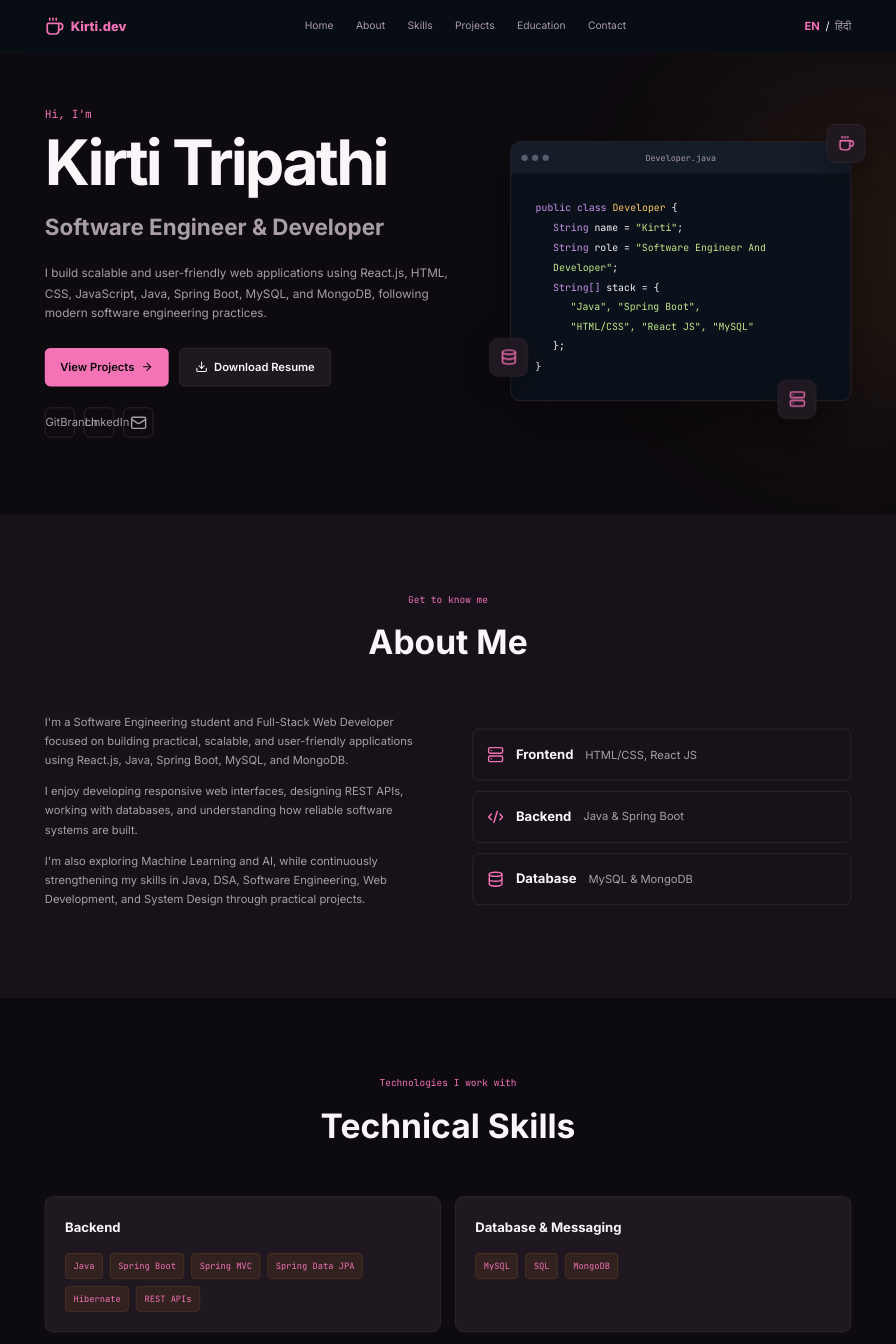
Repository: Rashi-Kirti06/En-Hi-Portfolio
Page: /
An editor plug-in stored every save of this project. The page is shown before and after a run of saves, followed by the edit.
The browser window is 1280 px wide. The pictures show the part of the page from y = 0 to 1920 px (the page is 4993 px tall), at 70% of full size.
The project was rebuilt for these pictures with package versions that can differ from the ones it lists, and the page was loaded fresh each time. Also part of the build but not shown: vite.config.js.

Above is the page before, as saved 2026-09-06 16:48:45.

After the next 2 saves:
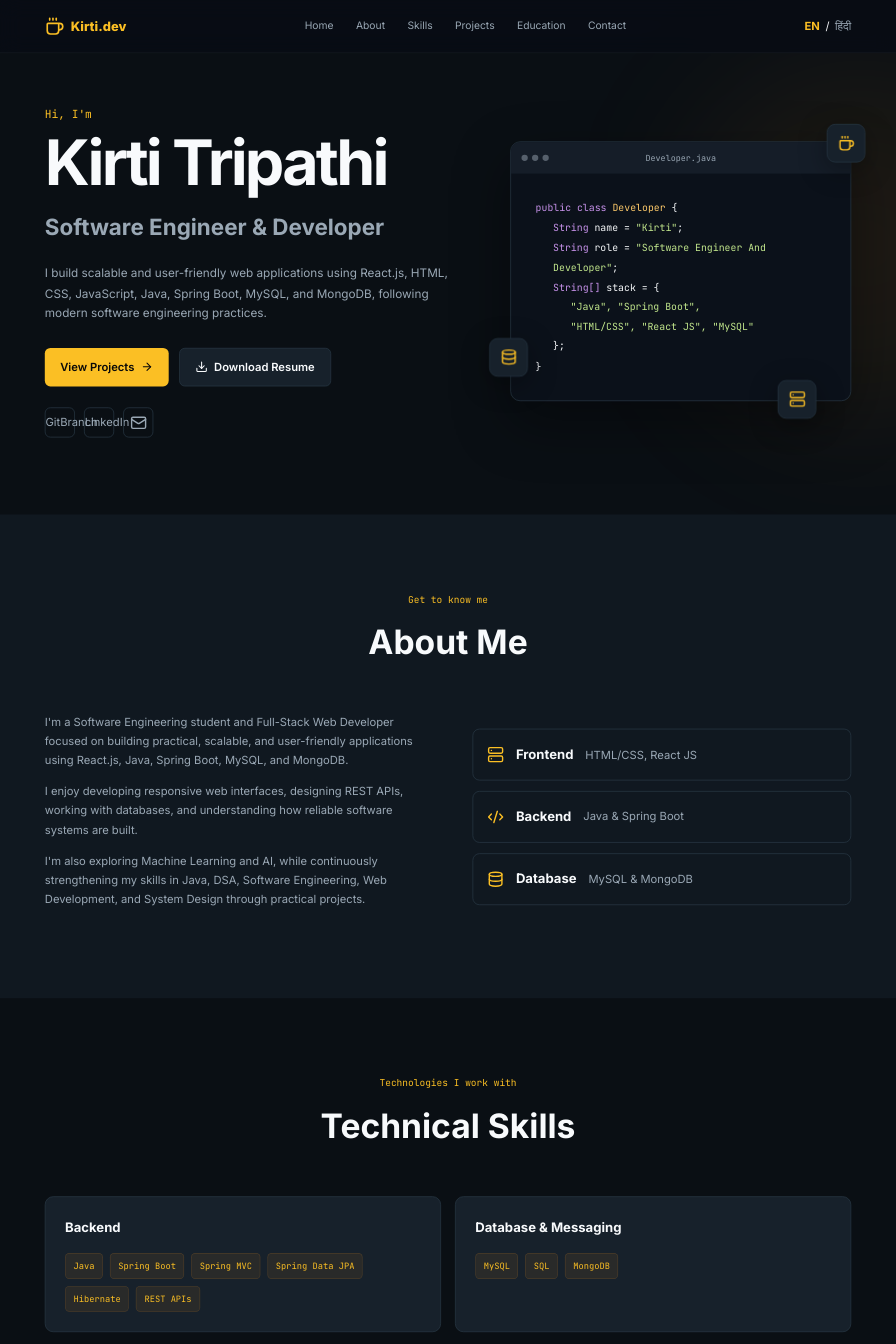
The 2 saves are shown as one change because they came seconds apart.
The last was saved 38 s later.
--- a/src/index.css
+++ b/src/index.css
@@ -60,7 +60,7 @@
 --green: #4ade80;
 --border: #223452; */
 
---background: #0e0b10;
+/* --background: #0e0b10;
 --background-secondary: #171219;
 --card: #201820;
 --card-hover: #2a202a;
@@ -69,7 +69,17 @@
 --primary: #f472b6;
 --primary-hover: #ec4899;
 --green: #86efac;
---border: #382b37;
+--border: #382b37; */
+--background: #0a0f14;
+--background-secondary: #101820;
+--card: #17212b;
+--card-hover: #1d2b37;
+--text: #f8fafc;
+--text-muted: #9aa8b5;
+--primary: #fbbf24;
+--primary-hover: #f59e0b;
+--green: #4ade80;
+--border: #293946;
 
 
 
